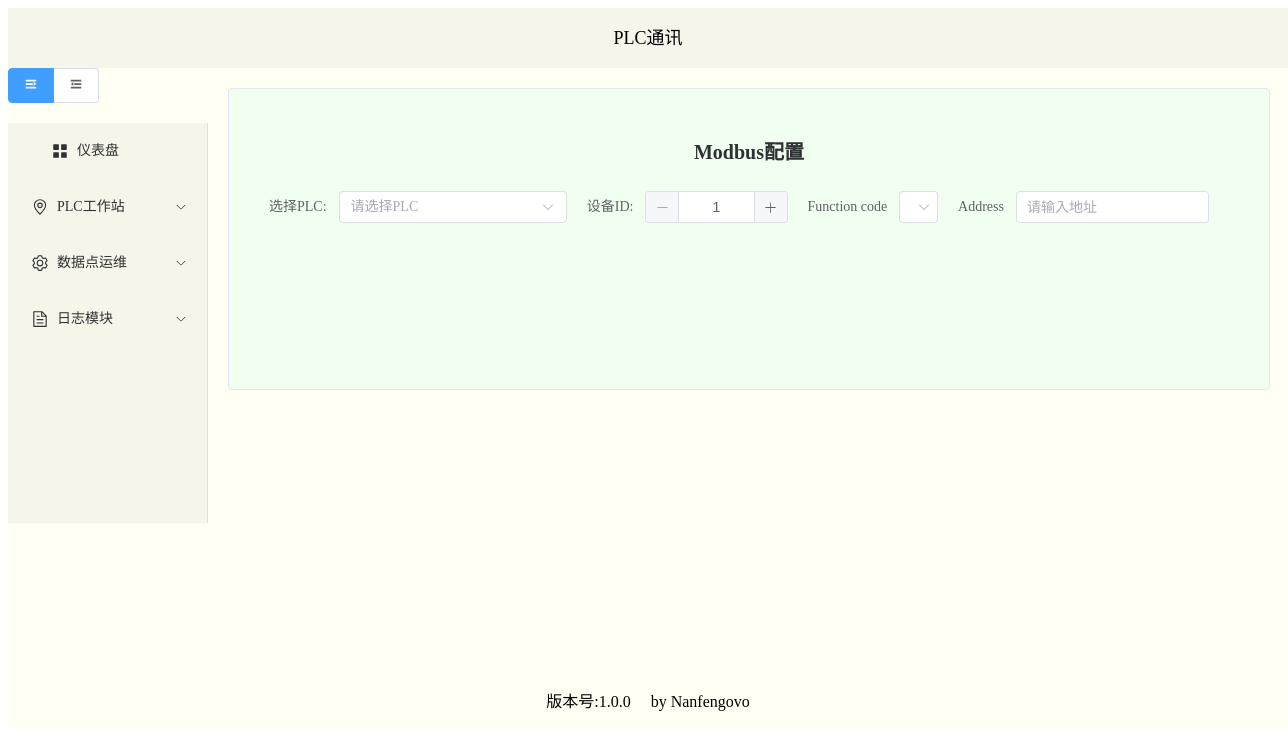
Repository: nanfengovo/HelperWorkStation
Page: /#/frameWork/DataPointOperations/Modbus (app in HelperWorkStation/plchelper-ui/)
An editor plug-in stored every save of this project. The page is shown before and after the next save, followed by the edit.
The browser window is 1280 px wide. The page is 1288 px wide, so the pictures cover 1288 px, including what lies to the right of the window. The pictures show the whole page.
The project was rebuilt for these pictures with package versions that can differ from the ones it lists, and the page was loaded fresh each time. Also part of the build but not shown: HelperWorkStation/plchelper-ui/vite.config.ts, HelperWorkStation/plchelper-ui/src/views/Login/index.vue.

Above is the page before, as saved 2025-01-28 23:03:41.

After the next save:
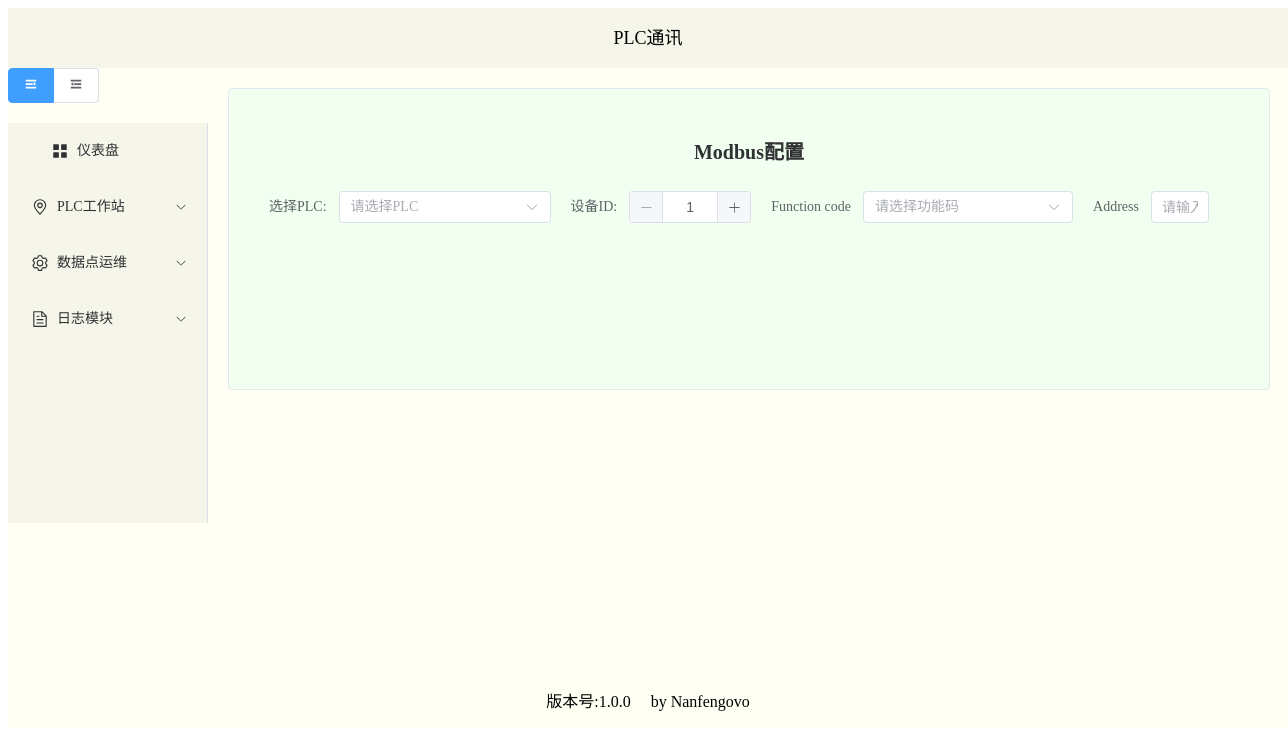
Saved 10 min 25 s later.
--- a/HelperWorkStation/plchelper-ui/src/views/FrameWork/layout/DataPointOperations/Modbus/index.vue
+++ b/HelperWorkStation/plchelper-ui/src/views/FrameWork/layout/DataPointOperations/Modbus/index.vue
@@ -14,7 +14,7 @@
                     </el-form-item>
                     <el-form-item label="Function code" class="function-code" >
                             <el-select
-                                v-model="modbusConfig.functionCodes"
+                                style="width: 240px;"
                                 placeholder="请选择功能码"
                                 clearable
                             >
